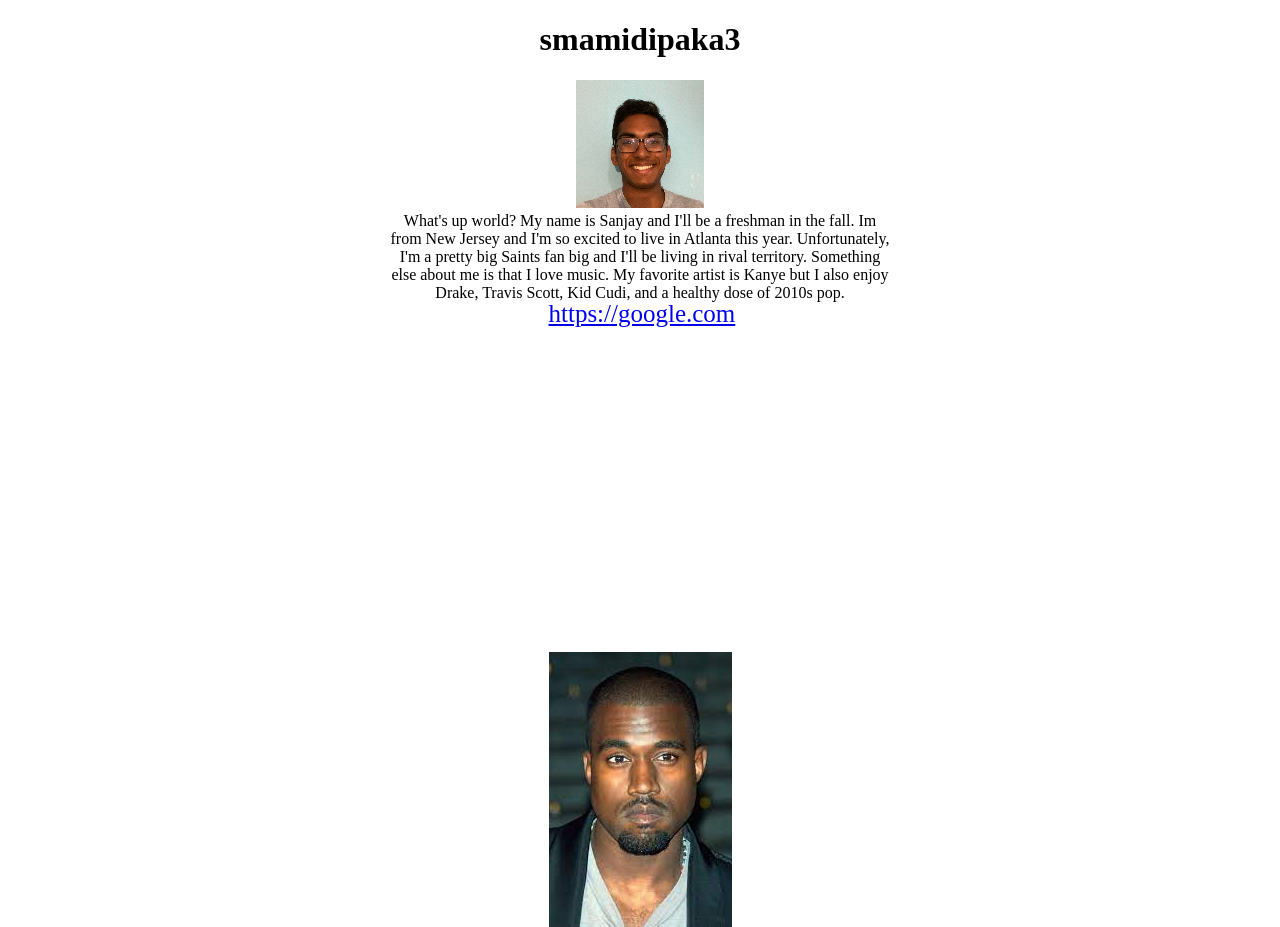
Repository: sanjayMamidipaka/cs1301
Page: lab01/index.html
An editor plug-in stored every save of this project. The page is shown before and after the next save, followed by the edit.
The browser window is 1280 px wide. The pictures show the whole page.

Above is the page before, as saved 2021-07-22 16:18:39.

After the next save:
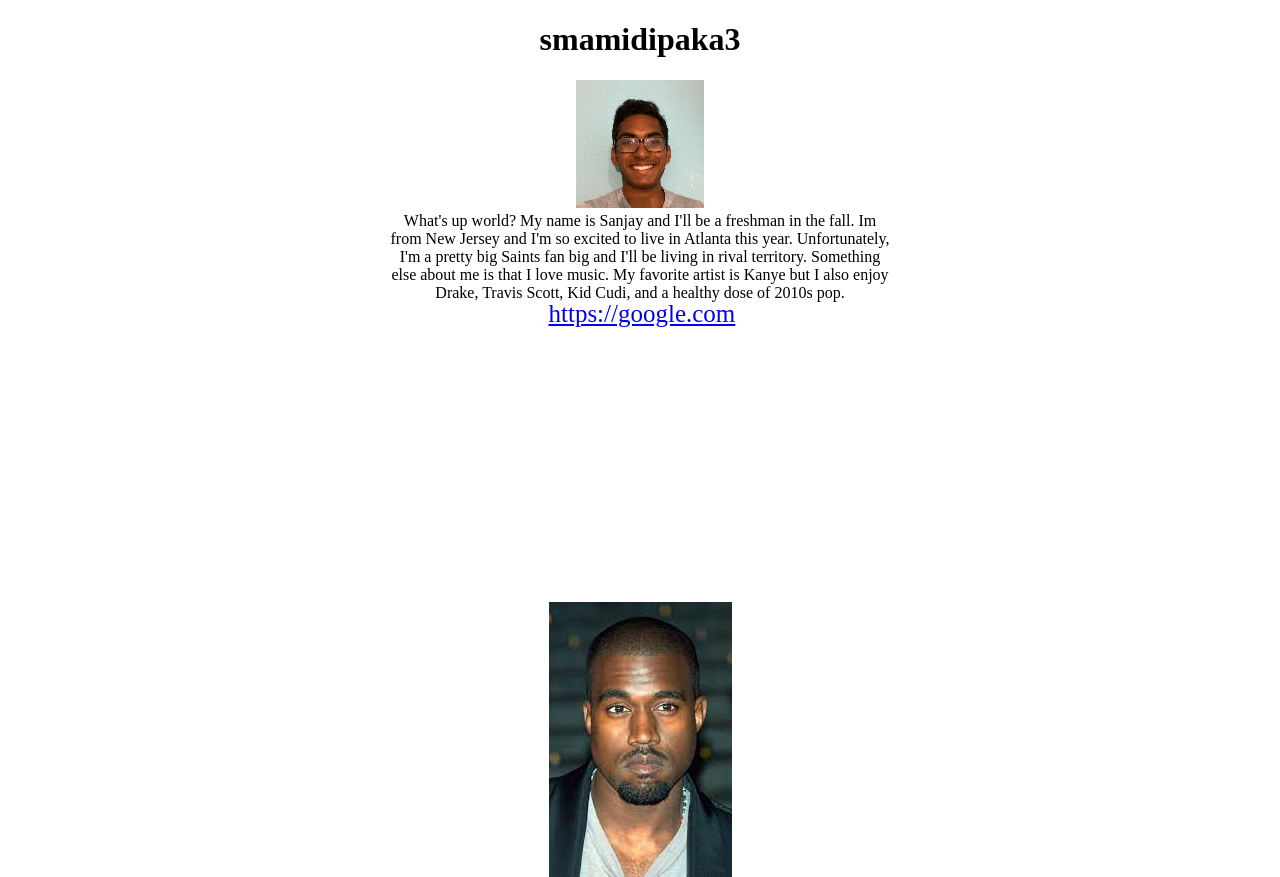
Saved 8 s later.
--- a/lab01/style.css
+++ b/lab01/style.css
@@ -16,5 +16,5 @@
 
 .kanye {
     position: relative;
-    top: 350px;
+    top: 300px;
 }
